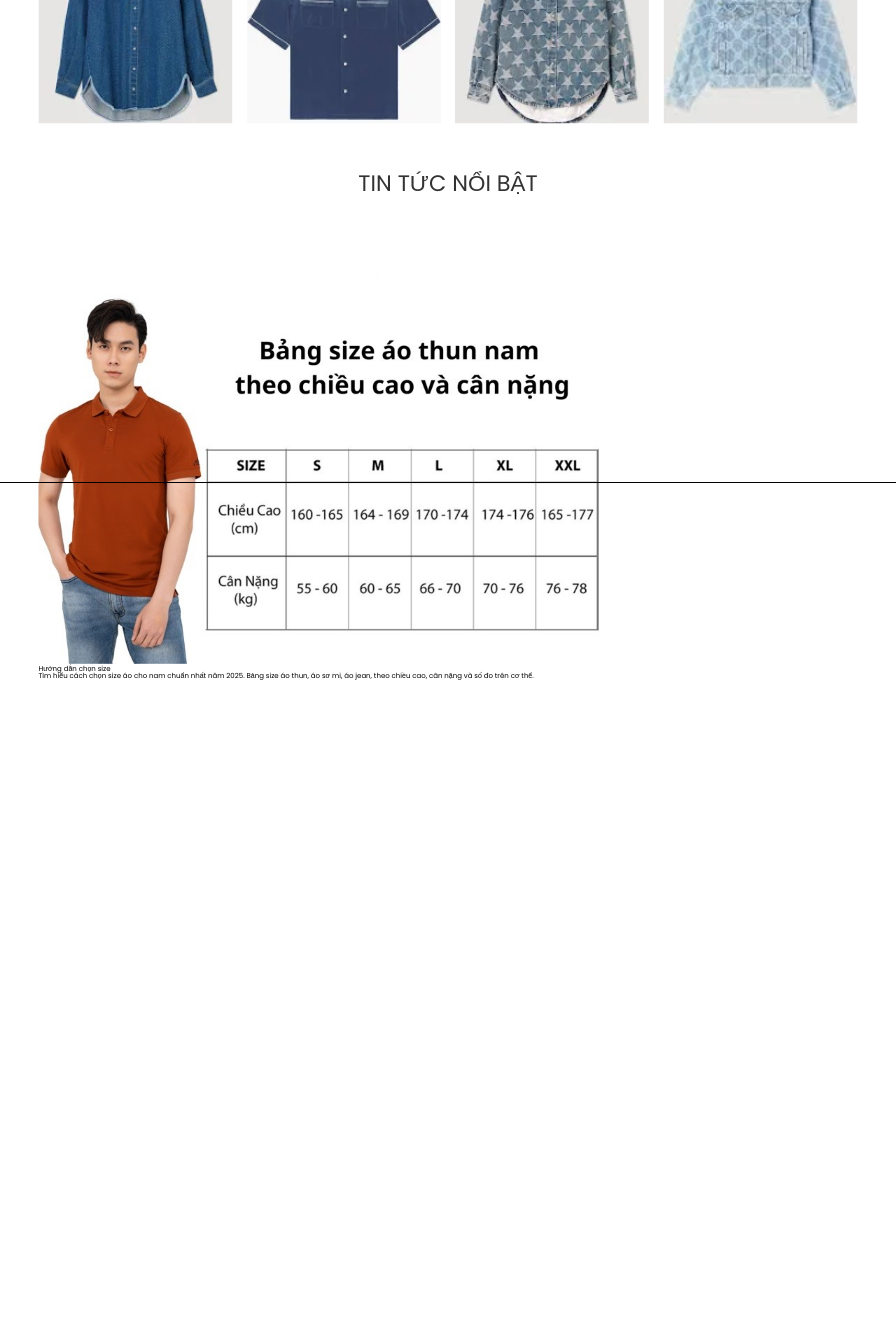
Repository: hoang28092000/kinsmanClothes
Page: index.html
These files come from the project's save history. The page is drawn as it stood at one moment and after a run of saves; the edit follows.
The browser window is 1280 px wide. The pictures show the part of the page from y = 2215 to 4135 px (the page is 5080 px tall), at 70% of full size.

Above is the page before, as saved 2025-05-07 01:35:39.

### index.html
<!DOCTYPE html>
<html lang="en">
  <head>
    <meta charset="UTF-8" />
    <meta name="viewport" content="width=device-width, initial-scale=1.0" />
    <link rel="preconnect" href="https://fonts.googleapis.com" />
    <link rel="preconnect" href="https://fonts.gstatic.com" crossorigin />
    <link
      href="https://fonts.googleapis.com/css2?family=Poppins:ital,wght@0,100;0,200;0,300;0,400;0,500;0,600;0,700;0,800;0,900;1,100;1,200;1,300;1,400;1,500;1,600;1,700;1,800;1,900&display=swap"
      rel="stylesheet"
    />
    <link
      rel="stylesheet"
      href="https://cdnjs.cloudflare.com/ajax/libs/font-awesome/6.7.2/css/all.min.css"
      integrity="sha512-Evv84Mr4kqVGRNSgIGL/F/aIDqQb7xQ2vcrdIwxfjThSH8CSR7PBEakCr51Ck+w+/U6swU2Im1vVX0SVk9ABhg=="
      crossorigin="anonymous"
      referrerpolicy="no-referrer"
    />
    <link rel="stylesheet" href="./css/reset.css" />
    <link rel="stylesheet" href="./css/main.css" />

    <title>KinsManClothes</title>
  </head>
  <body style="height: 5000px">
    <header class="header">
      <div class="container">
        <div class="content-header">
          <div class="logo">
            <a href="./index.html">
              <img
                src="./asset/logo/logo-kinsmann.svg"
                alt="KinsManClothes Logo"
              />
            </a>
          </div>
          <nav class="nav">
            <ul>
              <li><a href="./index.html">Sản Phẩm</a></li>
              <li><a href="./about.html">Giới thiệu</a></li>
              <li><a href="./shop.html">Chính Sách</a></li>
              <li><a href="./shop.html">Tin tức</a></li>
              <li><a href="./contact.html">Liên hệ</a></li>
            </ul>
          </nav>
          <div class="search-box">
            <input type="text" placeholder="Tìm kiếm sản phẩm..." />
            <button type="submit">Tìm kiếm</button>
          </div>
        </div>
      </div>
    </header>

    <main>
      <div class="content-main">
        <div class="slider" id="slider">
          <img
            src="./asset/banner/banner-1.png"
            alt="banner"
            class="slide active"
          />
          <img src="./asset/banner/banner-2.png" alt="banner" class="slide" />
          <img src="./asset/banner/banner-3.png" alt="banner" class="slide" />
          <a href="#category-list"><i class="fa-solid fa-arrow-down arrow-continue"></i></a>
        </div>
      </div>
      <div class="container">
        <section class="category-list" id="category-list">
          <div class="card-wrapper">
            <img
              src="./asset/image/model-6.jpg"
              alt=""
              class="img-category-1"
            />
            <div class="overlay">
              <h3>Jeans</h3>
              <a href="">Xem thêm</a>
            </div>
          </div>
          <div class="card-wrapper-2">
            <img src="./asset/image/model-2.webp" alt="" />
            <div class="overlay">
              <h3>Sơ mi</h3>
              <a href="">Xem thêm</a>
            </div>
          </div>
          <div class="card-wrapper-2">
            <img src="./asset/image/mode-10.jpg" alt="" />
            <div class="overlay">
              <h3>Áo thun</h3>
              <a href="">Xem thêm</a>
            </div>
          </div>
          <div class="card-wrapper-3">
            <img src="./asset/image/model-9.jpg" alt="" />
            <div class="overlay">
              <h3>Thắt lưng</h3>
              <a href="">Xem thêm</a>
            </div>
          </div>
        </section>
        <section class="celebrity">
          <h2 class="title-heading">NGƯỜI NỔI TIẾNG</h2>
          <div class="celebrity-list">
            <a href="">
              <div class="celebrity-item">
                <img src="./asset/image/celep-1.jpg" alt="" />
                <h3>Ca sĩ Tùng Thanh</h3>
              </div>
            </a>
            <a href=""
              ><div class="celebrity-item">
                <img src="./asset/image/celep-5.jpg" alt="" />
                <h3>Nhà thiết kế thời trang Đăng Nam</h3>
              </div></a
            >
            <a href=""
              ><div class="celebrity-item">
                <img src="./asset/image/celep-3.jpg" alt="" />
                <h3>Nhà thiết kế Văn Dũng</h3>
              </div></a
            >
            <a href=""
              ><div class="celebrity-item">
                <img src="./asset/image/celep-7.jpg" alt="" />
                <h3>Diễn viên hài Hoàng Vũ</h3>
              </div></a
            >
          </div>
        </section>
        <section class="collection">
          <h2 class="title-heading">BỘ SƯU TẬP MỚI</h2>
          <div class="list-collection">
            <a href="">
                <div class="item-collection">
                    <img src="./asset/image/j-4.webp" alt="this is collection">
                    <p>NEW</p>
                </div>
            </a>
            <a href="">
                <div class="item-collection">
                    <img src="./asset/image/j-5.webp" alt="this is collection">
                    <p>NEW</p>
                </div>
            </a>
            <a href="">
                <div class="item-collection">
                    <img src="./asset/image/j-6.webp" alt="this is collection">
                    <p>NEW</p>
                </div>
            </a>
            <a href="">
                <div class="item-collection">
                    <img src="./asset/image/j-7.webp" alt="this is collection">
                    <p>NEW</p>
                </div>
            </a>

          </div>
        </section>
        <section class="news">
            <h2 class="title-heading">TIN TỨC NỔI BẬT</h2>
            <div class="list-news">
                <div class="item-mews">
                    <img src="./asset/image/new-1.jpg " alt="this is picture news 1">
                    <div class="info-news">
                        <h3>
                            Hướng dẫn chọn size
                        </h3>
                        <p>
                            Tìm hiểu cách chọn size áo cho nam chuẩn nhất năm 2025. Bảng size áo thun, áo sơ mi, áo jean, theo chiều cao, cân nặng và số đo trên cơ thể.
                        </p>
                    </div>
                </div>
            </div>
        </section>
      </div>
    </main>
    <footer></footer>

    <script src="./js/main.js"></script>
  </body>
</html>

### css/main.css
:root {
  --primary-color: #ff6347;
  --secondary-color: #4caf50;
  --background-color: #f0f0f0;
  --text-color: #333;
}
* {
  padding: 0;
  margin: 0;
  box-sizing: border-box;
}
html {
  font-family: "Poppins", sans-serif;
  font-size: 62.5%;
  scroll-behavior: smooth;
}

.container {
  width: 1170px;
  max-width: calc(100% - 48px);
  margin: 0 auto;
}
.content-header {
  display: flex;
  justify-content: space-between;
  align-items: center;
}
.header {
  position: fixed;
  height: 80px;
  top: 0;
  left: 0;
  right: 0;
  z-index: 999;
  background-color: white;
  box-shadow: 0 2px 4px rgba(0, 0, 0, 0.05);
}
.arrow-continue {
  position: absolute;
  bottom: 30px;
  left: 50%;
  z-index: 2;
  font-size: 2.4rem;
  color: #fff;
  border: 1px solid #fff;
  padding: 10px 14px;
  border-radius: 50%;
}
.arrow-continue:hover {
  background-color: var(--primary-color);
  color: #fff;
  transition: all 0.3s ease-in-out;
}
header .logo img {
  width: 200px;
  height: 80px;
}
.nav ul {
  display: flex;
  justify-content: space-between;
  gap: 20px;
}
.nav a {
  text-decoration: none;
  color: var(--text-color);
  font-size: 1.4rem;
  font-weight: 500;
  padding: 10px;
  transition: all 0.3s ease-in-out;
}
.nav a:hover {
  color: var(--primary-color);
}
.search-box {
  display: flex;
  align-items: center;
  gap: 10px;
}
.search-box input[type="text"] {
  padding: 6px;
  border: 1px solid var(--text-color);
  border-radius: 5px;
  font-size: 1.4rem;
  width: 200px;
  outline: none;
}
.search-box input[type="text"]:focus {
  border-color: var(--primary-color);
}
.search-box button[type="submit"] {
  background-color: #333;
  color: #fff;
  font-weight: 500;
  border: none;
  padding: 6px 12px;
  border-radius: 5px;
  cursor: pointer;
  font-size: 1.4rem;
  transition: all 0.3s ease-in-out;
}
.search-box button[type="submit"]:hover {
  background-color: var(--primary-color);
}

/* main */
.content-main {
  margin-top: 80px;
  border-radius: 10px;
  box-shadow: 0 2px 4px rgba(0, 0, 0, 0.1);
}
.slider {
  position: relative;
  width: 100%;
  height: 630px;
  overflow: hidden;
}
.slide {
  position: absolute;
  width: 100%;
  height: 100%;
  opacity: 0;
  transition: opacity 0.5s ease-in-out;
}
.slide.active {
  opacity: 1;
  z-index: 1;
}

.overlay {
  background-color: #928d8d;
  display: none;
}
.overlay h3 {
  color: #fff;
  font-size: 2.4rem;
}

.category-list {
  margin-top: 70px;
  display: grid;
  grid-template-columns: repeat(4, 1fr);
  grid-template-rows: repeat(2, 282px);
  gap: 10px;
}
.card-wrapper {
  position: relative;
  width: 100%;
  grid-column: span 2; /* chiếm 2 cột */
  grid-row: span 2;
  overflow: hidden;

}

.card-wrapper-2 {
  position: relative;
  width: 100%;
  overflow: hidden;

}
.card-wrapper-3 {
  position: relative;
  width: 100%;
  grid-column: span 2; /* chiếm 3 cột */
  grid-row: span 1;
  overflow: hidden;
}

.category-list img {
  width: 100%;
  height: 100%;
  object-fit: cover;
  object-position: top;
  transition: all 0.3s ease-in-out;
}

.card-wrapper-3 img {
  object-position: center;
}

.card-wrapper:hover .overlay,
.card-wrapper-2:hover .overlay,
.card-wrapper-3:hover .overlay {
  position: absolute;
  top: 0;
  left: 0;
  right: 0;
  bottom: 0;
  display: flex;
  flex-direction: column;
  justify-content: center;
  align-items: center;
  width: 100%;
  height: 100%;
  background-color: rgba(0, 0, 0, 0.5);
  transition: all 0.3s ease-in-out;
}
.overlay a {
  display: block;
  text-decoration: none;
  color: #fff;
  font-size: 1.6rem;
  margin-top: 30px;
  border: 1px solid #fff;
  padding: 10px 20px;
  transition: all 0.3s ease-in-out;
  border-radius: 5px;
    background-color: transparent;
}
.overlay a:hover {
  background-color: var(--primary-color);
  color: #fff;
}

.card-wrapper:hover img,
.card-wrapper-2:hover img,
.card-wrapper-3:hover img{
  transform: scale(1.05);
  transition: all 0.3s ease-in-out;
}

/* celebrity */
.celebrity{
    margin-top: 70px;

}
.title-heading{
    text-align: center;
    font-size: 3.2rem;
    color: var(--text-color);
    margin-bottom: 70px;
}
.celebrity-list{
    display: flex;
    justify-content: space-between;
    align-items: center;
}
.celebrity-list a{
    text-decoration: none;
}
.celebrity-item{
    position: relative;
    width: 282px;
}
.celebrity-item img{
    width: 100%;
    height: 390px;
    object-fit: cover;
    object-position: top;
    filter: blur(0px) grayscale(100%) sepia(0);
    transition: filter 0.4s ease;
}
.celebrity-item img:hover{
    filter: grayscale(0%);
    cursor: pointer;
}
.celebrity-item h3{
    font-size: 1.4rem;
    font-weight: 600;
    color: #333;
    margin-top: 12px;
    text-align: center;
}

/* collection */
.collection{
    margin-top: 70px;
}
.list-collection{
    display: flex;
    justify-content: space-between;
    align-items: center;
    gap: 10px;
}
.item-collection{
    position: relative;
    width: 277px;
    overflow: hidden;
    height: 276px;

}
.item-collection img{
    width: 100%;
    height: 100%;
    transition: transform 0.3s ease;
}
.item-collection p{
    position: absolute;
    top: 20px;
    left: 20px;
    background-color: #fff;
    color: #333;
    font-size: 1.2rem;
    font-weight: 600;
    padding: 4px 8px;
    border-radius: 7px;
}
.item-collection img:hover{
    transform: scale(1.05);
}

/* news */
.news{
    margin-top: 70px;
}

### js/main.js
const sliders = document.querySelectorAll(".slide");
let current = 0;
let interval = null;

function showNextSlide() {
  sliders[current].classList.remove("active");
  current = (current + 1) % sliders.length;
  sliders[current].classList.add("active");
}
function startSlider() {
  interval = setInterval(showNextSlide, 2500);
}
function stopSlider() {
  clearInterval(interval);
}

const slider = document.getElementById("slider");
slider.addEventListener("mouseover", stopSlider);
slider.addEventListener("mouseleave", startSlider);

Loaded but not shown: css/reset.css (common file)

After the next 3 saves:
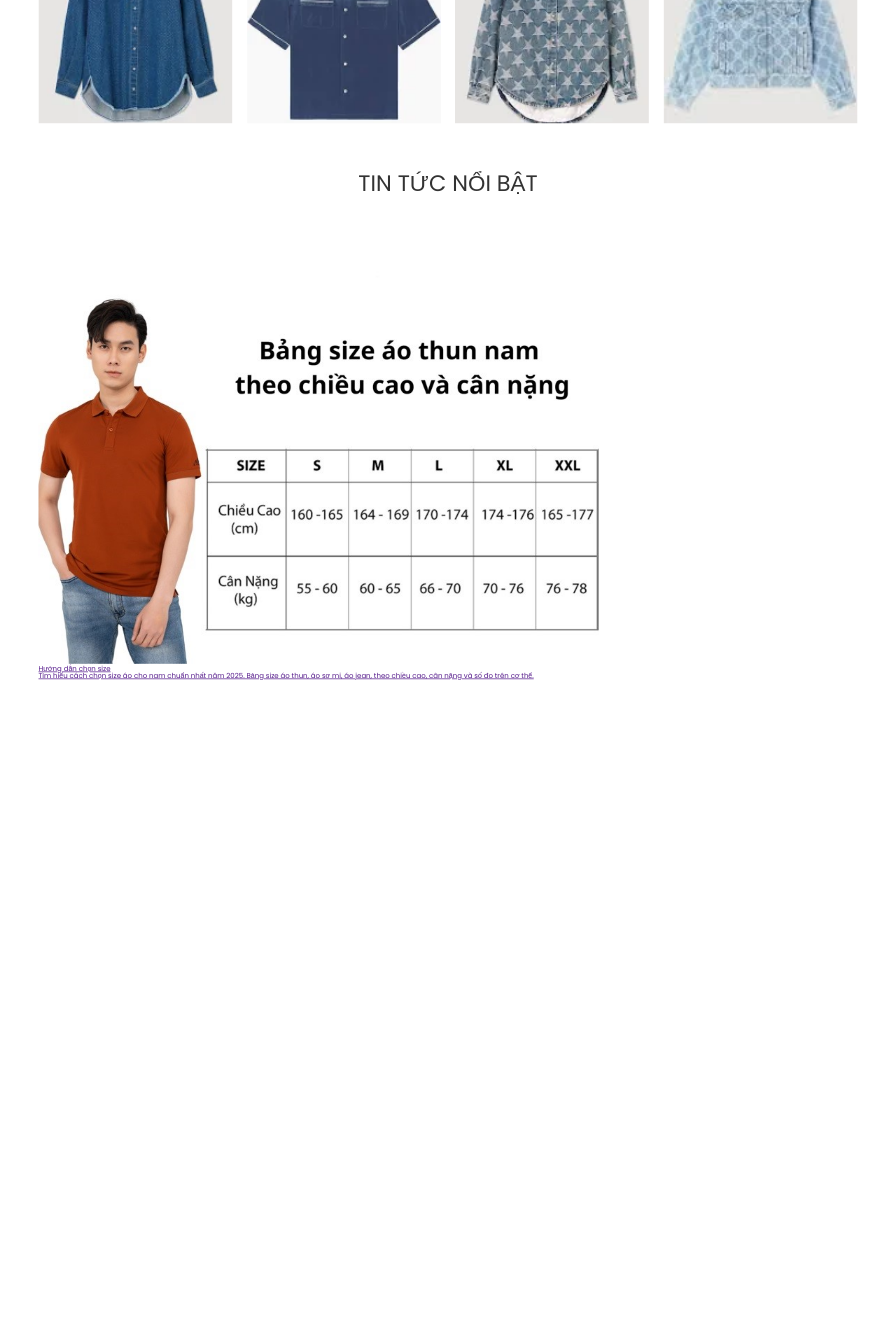
The 3 saves are shown as one change because they came seconds apart.
The last was saved 14 s later.
--- a/index.html
+++ b/index.html
@@ -160,17 +160,19 @@
         <section class="news">
             <h2 class="title-heading">TIN TỨC NỔI BẬT</h2>
             <div class="list-news">
-                <div class="item-mews">
-                    <img src="./asset/image/new-1.jpg " alt="this is picture news 1">
-                    <div class="info-news">
-                        <h3>
-                            Hướng dẫn chọn size
-                        </h3>
-                        <p>
-                            Tìm hiểu cách chọn size áo cho nam chuẩn nhất năm 2025. Bảng size áo thun, áo sơ mi, áo jean, theo chiều cao, cân nặng và số đo trên cơ thể.
-                        </p>
+                <a href="">
+                    <div class="item-mews">
+                        <img src="./asset/image/new-1.jpg " alt="this is picture news 1">
+                        <div class="info-news">
+                            <h3>
+                                Hướng dẫn chọn size
+                            </h3>
+                            <p>
+                                Tìm hiểu cách chọn size áo cho nam chuẩn nhất năm 2025. Bảng size áo thun, áo sơ mi, áo jean, theo chiều cao, cân nặng và số đo trên cơ thể.
+                            </p>
+                        </div>
                     </div>
-                </div>
+                </a>
             </div>
         </section>
       </div>
